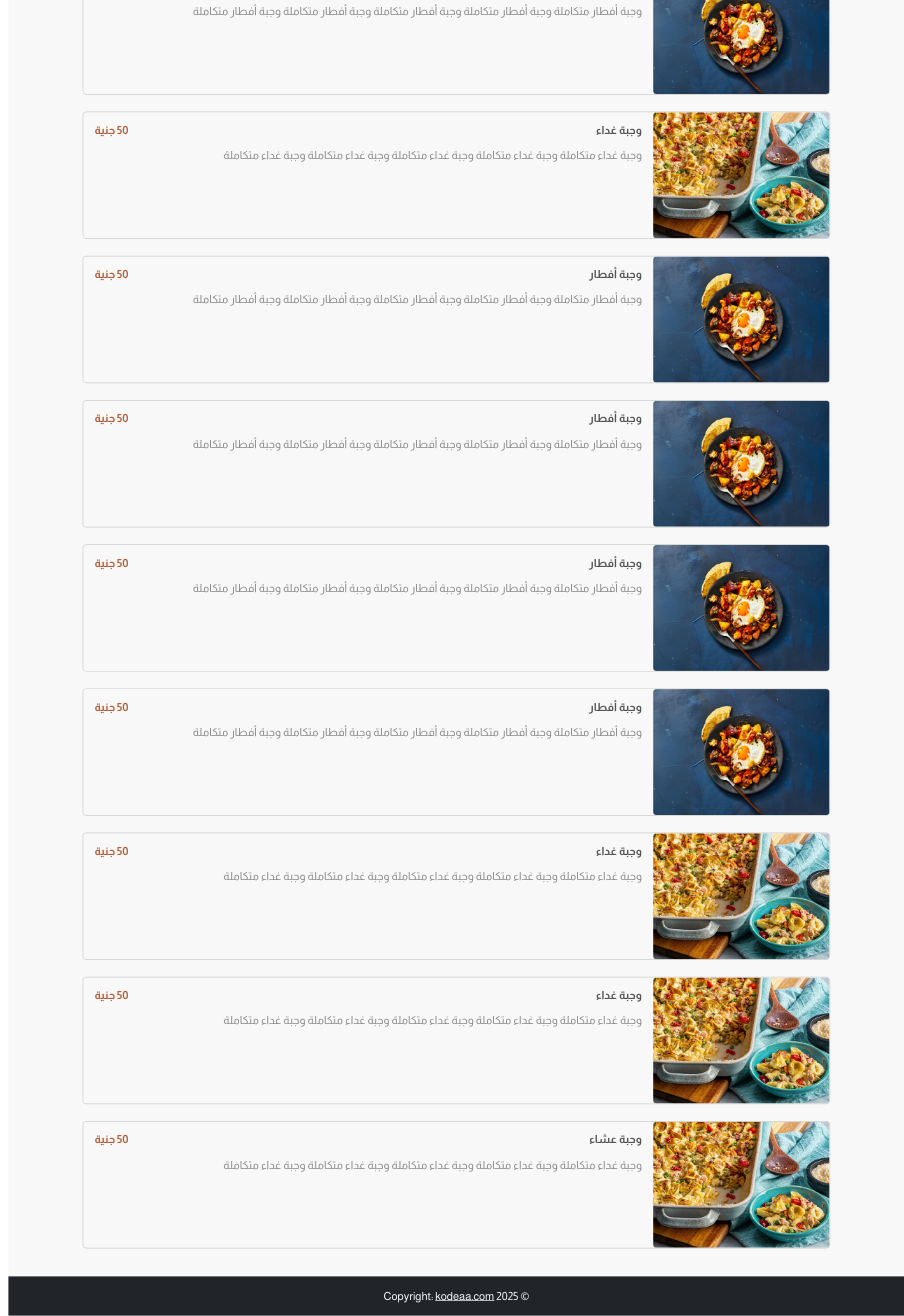
Repository: kerlos-alfy/Restaurant-Menu
Page: /
An editor plug-in stored every save of this project. The page is shown before and after the next save, followed by the edit.
The browser window is 1280 px wide. The page is 1292 px wide, so the pictures cover 1292 px, including what lies to the right of the window. The pictures show the part of the page from y = 1148 to 3028 px (the page is 3028 px tall), at 70% of full size.
Some web fonts or font styles are not loaded; a fallback is used. The project was rebuilt for these pictures with package versions that can differ from the ones it lists, and the page was loaded fresh each time. Also part of the build but not shown: vite.config.js, src/App.css.

Above is the page before, as saved 2024-12-27 02:18:11.

### index.html
<!DOCTYPE html>
<html lang="ar" dir="rtl">
	<head>
		<meta charset="UTF-8" />
		<link rel="icon" type="image/svg+xml" href="https://www.svgrepo.com/show/282224/fast-food-hamburguer.svg" />
		<link
			rel="stylesheet"
			href="https://cdn.jsdelivr.net/npm/bootstrap@5.3.2/dist/css/bootstrap.min.css"
			integrity="sha384-T3c6CoIi6uLrA9TneNEoa7RxnatzjcDSCmG1MXxSR1GAsXEV/Dwwykc2MPK8M2HN"
			crossorigin="anonymous" />
		<!-- Start Font Google Arabic  -->
		<link rel="preconnect" href="https://fonts.googleapis.com" />
		<link rel="preconnect" href="https://fonts.gstatic.com" crossorigin />
		<link
			href="https://fonts.googleapis.com/css2?family=Alkalami&family=Almarai:wght@300;400;700;800&family=Cairo:wght@200..1000&family=Rakkas&display=swap"
			rel="stylesheet" />
		<!-- End Font Google Arabic  -->
		<meta name="viewport" content="width=device-width, initial-scale=1.0" />
		<title>Restaurant Menu</title>
	</head>
	<body>
		<div id="root"></div>
		<script type="module" src="/src/main.jsx"></script>
	</body>
</html>

### src/index.css
/* :root {
  font-family: Inter, system-ui, Avenir, Helvetica, Arial, sans-serif;
  line-height: 1.5;
  font-weight: 400;

  color-scheme: light dark;
  color: rgba(255, 255, 255, 0.87);
  background-color: #242424;

  font-synthesis: none;
  text-rendering: optimizeLegibility;
  -webkit-font-smoothing: antialiased;
  -moz-osx-font-smoothing: grayscale;
}

a {
  font-weight: 500;
  color: #646cff;
  text-decoration: inherit;
}
a:hover {
  color: #535bf2;
}

body {
  margin: 0;
  display: flex;
  place-items: center;
  min-width: 320px;
  min-height: 100vh;
}

h1 {
  font-size: 3.2em;
  line-height: 1.1;
}

button {
  border-radius: 8px;
  border: 1px solid transparent;
  padding: 0.6em 1.2em;
  font-size: 1em;
  font-weight: 500;
  font-family: inherit;
  background-color: #1a1a1a;
  cursor: pointer;
  transition: border-color 0.25s;
}
button:hover {
  border-color: #646cff;
}
button:focus,
button:focus-visible {
  outline: 4px auto -webkit-focus-ring-color;
}

@media (prefers-color-scheme: light) {
  :root {
    color: #213547;
    background-color: #ffffff;
  }
  a:hover {
    color: #747bff;
  }
  button {
    background-color: #f9f9f9;
  }
} */

.color-body {
	background-color: #f8f8f8;
	height: 100%;
}
.font {
	font-family: "Almarai", sans-serif;
}
.title {
	color: #224f61;
	font-family: Almarai;
	font-size: 30px;
	font-weight: bold;
	letter-spacing: 0;
	line-height: 64px;
}
.underline {
	height: 1px;
	width: 200px;
	border-radius: 10px;
	border: 2px solid #b45b35;
}
.btn {
	color: black;
	font-family: Almarai;
	font-size: 18px;
	letter-spacing: 0;
	line-height: 24px;
}
.btn:hover {
	color: black;
	font-family: Almarai;
	font-size: 18px;
	font-weight: bold;
	letter-spacing: 0;
	line-height: 24px;
	border-radius: 11px;
	border: none;
	background-color: #b45b35;
}
.img-item {
	height: 180px;
	width: 252px;
	border-radius: 5px;
}
.item-description {
	color: #8c8c8c;
	font-family: Almarai;
	font-size: 16px;
	letter-spacing: 0;
	line-height: 20px;
}
.item-title {
	color: #555555;
	font-family: Almarai;
	font-size: 16px;
	font-weight: bold;
	letter-spacing: 0;
	line-height: 20px;
}
.card-color {
	background-color: #f8f8f8;
}
.item-price {
	color: #b45b35;
	font-family: Almarai;
	font-size: 16px;
	font-weight: bold;
	letter-spacing: 0;
	line-height: 20px;
}
.btn-search {
	border: none;
	cursor: pointer;
	color: #b45b35;
	border-radius: 3px solid #b45b35;
	border-radius: 8px;
	background-color: white;
	width: 72px;
	font-weight: 500;
}
.btn-search:hover {
	color: white;
	border-radius: 3px solid white;
	background-color: #b45b35;
	border-radius: 8px;
}
.brand-color {
	color: #ffffff;
}

### src/App.jsx
import { motion } from "framer-motion";
import { useState } from "react";
import { Container } from "react-bootstrap";
import "./App.css";
import NavBar from "./components/NavBar";
import Header from "./components/Header";
import Category from "./components/Category";
import ItemsList from "./components/ItemsList";
import Footer from "./components/Footer";
import { items } from "./data";
function App() {
	const [itemsData, SetItemsData] = useState(items);

	const allCategory = ["الكل", ...new Set(items.map((item) => item.category))];

	// Filter items by category
	const filterByCategory = (cat) => {
		if (cat === "الكل") {
			SetItemsData(items);
		} else {
			const newArr = items.filter((item) => item.category === cat);
			SetItemsData(newArr);
		}
	};

	// Filter items by search Form
	const filterBySearch = (word) => {
		if (word !== "") {
			const newArr = items.filter((item) => item.title === word);
			SetItemsData(newArr);
		}
	};
	return (
		<div className="color-body font">
			<NavBar filterBySearch={filterBySearch} />
			<Container>
				<motion.div
					initial={{ opacity: 0, scale: 0.8, rotate: -10 }}
					animate={{ opacity: 1, scale: 1, rotate: 0 }}
					transition={{ duration: 1, ease: "easeInOut" }}>
					<Header />
				</motion.div>
				<motion.div initial={{ opacity: 0, x: -100 }} animate={{ opacity: 1, x: 0 }} transition={{ duration: 0.8, ease: "easeOut" }}>
					<Category filterByCategory={filterByCategory} allCategory={allCategory} />
				</motion.div>
				<motion.div initial={{ opacity: 0, scale: 0.9 }} animate={{ opacity: 1, scale: 1 }} transition={{ duration: 1.2, ease: "easeInOut" }}>
					<ItemsList itemsData={itemsData} />
				</motion.div>
			</Container>
			<Footer />
		</div>
	);
}

export default App;

### src/components/NavBar.jsx
/* eslint-disable react/prop-types */
import { useState } from "react";
import { Navbar, Container, Row, Nav, Form, FormControl } from "react-bootstrap";
const NavBar = ({ filterBySearch }) => {
	const [searchWord, setSearchWord] = useState("");
	const onSearch = () => {
		filterBySearch(searchWord);
		setSearchWord("");
	};
	return (
		<Row>
			<Navbar bg="dark" expand="lg" variant="dark">
				<Container>
					<Navbar.Brand href="#">
						<div className="brand-color">
							مطعم الحبايب
							<img src="https://www.svgrepo.com/show/282224/fast-food-hamburguer.svg" alt="logo" width="50" height="50" />
						</div>
					</Navbar.Brand>
					<Navbar.Toggle aria-controls="navbarScroll" />
					<Navbar.Collapse id="navbarScroll">
						<Nav className="me-auto my-2 my-lg-0" style={{ maxHeight: "100px" }} navbarScroll></Nav>
						<Form className="d-flex">
							<FormControl type="text" placeholder="ابحث.." className="mx-2" onChange={(e) => setSearchWord(e.target.value)} value={searchWord} />
							<button onClick={onSearch} className="btn-search" type="button">
								بحث
							</button>
						</Form>
					</Navbar.Collapse>
				</Container>
			</Navbar>
		</Row>
	);
};

export default NavBar;

### src/components/Header.jsx
import { Col, Row } from "react-bootstrap";

const Header = () => {
	return (
		<Row>
			<Col sm="12" className="text-center justify-content-center">
				<div className="title">قائمة الطعام </div>
				<div className="justify-content-center d-flex">
					<p className="underline"></p>
				</div>
			</Col>
		</Row>
	);
};

export default Header;

### src/components/Category.jsx
/* eslint-disable react/prop-types */
import { Col, Row } from "react-bootstrap";

const Category = ({ filterByCategory, allCategory }) => {
	const onFilter = (cat) => {
		filterByCategory(cat);
	};
	return (
		<Row className="my-2 mb-5">
			<Col sm="12" className=" justify-content-center d-flex">
				{allCategory.length >= 1 ? (
					allCategory.map((category, index) => {
						return (
							<div key={index}>
								<button onClick={() => onFilter(category)} style={{ border: "1px solid #b45b35" }} className="btn mx-2">
									{category}
								</button>
							</div>
						);
					})
				) : (
					<h1>لا يوجد تصنيفات</h1>
				)}
			</Col>
		</Row>
	);
};

export default Category;

### src/components/ItemsList.jsx
/* eslint-disable react/prop-types */
import { Card, Col, Row } from "react-bootstrap";

const ItemsList = ({ itemsData }) => {
	return (
		<Row>
			<Col sm="12" className="mb-3">
				{itemsData.length >= 1 ? (
					itemsData.map((item) => {
						return (
							<Card key={item.id} className="d-flex flex-row m-4" style={{ backgroundColor: "#F8F8F8" }}>
								<Card.Img className="img-item" variant="top" src={item.image} />
								<Card.Body>
									<Card.Title className="d-flex justify-content-between">
										<div className="item-title">{item.title}</div>
										<div className="item-price">{item.price}</div>
									</Card.Title>
									<Card.Text className="py-2">
										<div className="item-description">{item.description}</div>
									</Card.Text>
								</Card.Body>
							</Card>
						);
					})
				) : (
					<h1>لا يوجد</h1>
				)}
			</Col>
		</Row>
	);
};

export default ItemsList;

### src/components/Footer.jsx
import { MDBFooter } from "mdb-react-ui-kit";
const Footer = () => {
	return (
		<MDBFooter className="text-center text-lg-left bg-dark">
			<div className="text-center p-3 text-light" style={{ backgroundColor: "##f8f8f8" }}>
				&copy; 2025 Copyright:{" "}
				<a className="text-light" href="https://kodeaa.com/">
					kodeaa.com
				</a>
			</div>
		</MDBFooter>
	);
};

export default Footer;

### src/data.js
export const items = [
	{
		id: Math.random(),
		title: "وجبة غداء",
		description: "وجبة غداء متكاملة وجبة غداء متكاملة وجبة غداء متكاملة وجبة غداء متكاملة وجبة غداء متكاملة",
		price: "50 جنية",
		image: "../public/img/dinner.png",
		category: "غداء",
	},
	{
		id: Math.random(),
		title: "وجبة غداء",
		description: "وجبة غداء متكاملة وجبة غداء متكاملة وجبة غداء متكاملة وجبة غداء متكاملة وجبة غداء متكاملة",
		price: "50 جنية",
		image: "../public/img/dinner.png",
		category: "غداء",
	},
	{
		id: Math.random(),
		title: "وجبة أفطار",
		description: "وجبة أفطار متكاملة وجبة أفطار متكاملة وجبة أفطار متكاملة وجبة أفطار متكاملة وجبة أفطار متكاملة",
		price: "50 جنية",
		image: "../public/img/breakfast.png",
		category: "افطار",
	},
	{
		id: Math.random(),
		title: "وجبة غداء",
		description: "وجبة غداء متكاملة وجبة غداء متكاملة وجبة غداء متكاملة وجبة غداء متكاملة وجبة غداء متكاملة",
		price: "50 جنية",
		image: "../public/img/dinner.png",
		category: "غداء",
	},
	{
		id: Math.random(),
		title: "وجبة أفطار",
		description: "وجبة أفطار متكاملة وجبة أفطار متكاملة وجبة أفطار متكاملة وجبة أفطار متكاملة وجبة أفطار متكاملة",
		price: "50 جنية",
		image: "../public/img/breakfast.png",
		category: "افطار",
	},
	{
		id: Math.random(),
		title: "وجبة غداء",
		description: "وجبة غداء متكاملة وجبة غداء متكاملة وجبة غداء متكاملة وجبة غداء متكاملة وجبة غداء متكاملة",
		price: "50 جنية",
		image: "../public/img/dinner.png",
		category: "غداء",
	},
	{
		id: Math.random(),
		title: "وجبة أفطار",
		description: "وجبة أفطار متكاملة وجبة أفطار متكاملة وجبة أفطار متكاملة وجبة أفطار متكاملة وجبة أفطار متكاملة",
		price: "50 جنية",
		image: "../public/img/breakfast.png",
		category: "افطار",
	},
	{
		id: Math.random(),
		title: "وجبة أفطار",
		description: "وجبة أفطار متكاملة وجبة أفطار متكاملة وجبة أفطار متكاملة وجبة أفطار متكاملة وجبة أفطار متكاملة",
		price: "50 جنية",
		image: "../public/img/breakfast.png",
		category: "افطار",
	},
	{
		id: Math.random(),
		title: "وجبة أفطار",
		description: "وجبة أفطار متكاملة وجبة أفطار متكاملة وجبة أفطار متكاملة وجبة أفطار متكاملة وجبة أفطار متكاملة",
		price: "50 جنية",
		image: "../public/img/breakfast.png",
		category: "افطار",
	},
	{
		id: Math.random(),
		title: "وجبة أفطار",
		description: "وجبة أفطار متكاملة وجبة أفطار متكاملة وجبة أفطار متكاملة وجبة أفطار متكاملة وجبة أفطار متكاملة",
		price: "50 جنية",
		image: "../public/img/breakfast.png",
		category: "افطار",
	},
	{
		id: Math.random(),
		title: "وجبة غداء",
		description: "وجبة غداء متكاملة وجبة غداء متكاملة وجبة غداء متكاملة وجبة غداء متكاملة وجبة غداء متكاملة",
		price: "50 جنية",
		image: "../public/img/dinner.png",
		category: "غداء",
	},
	{
		id: Math.random(),
		title: "وجبة غداء",
		description: "وجبة غداء متكاملة وجبة غداء متكاملة وجبة غداء متكاملة وجبة غداء متكاملة وجبة غداء متكاملة",
		price: "50 جنية",
		image: "../public/img/dinner.png",
		category: "غداء",
	},
	{
		id: Math.random(),
		title: "وجبة عشاء",
		description: "وجبة غداء متكاملة وجبة غداء متكاملة وجبة غداء متكاملة وجبة غداء متكاملة وجبة غداء متكاملة",
		price: "50 جنية",
		image: "../public/img/dinner.png",
		category: "عشاء",
	},
];

Loaded but not shown: src/main.jsx (common file)

After the next save:
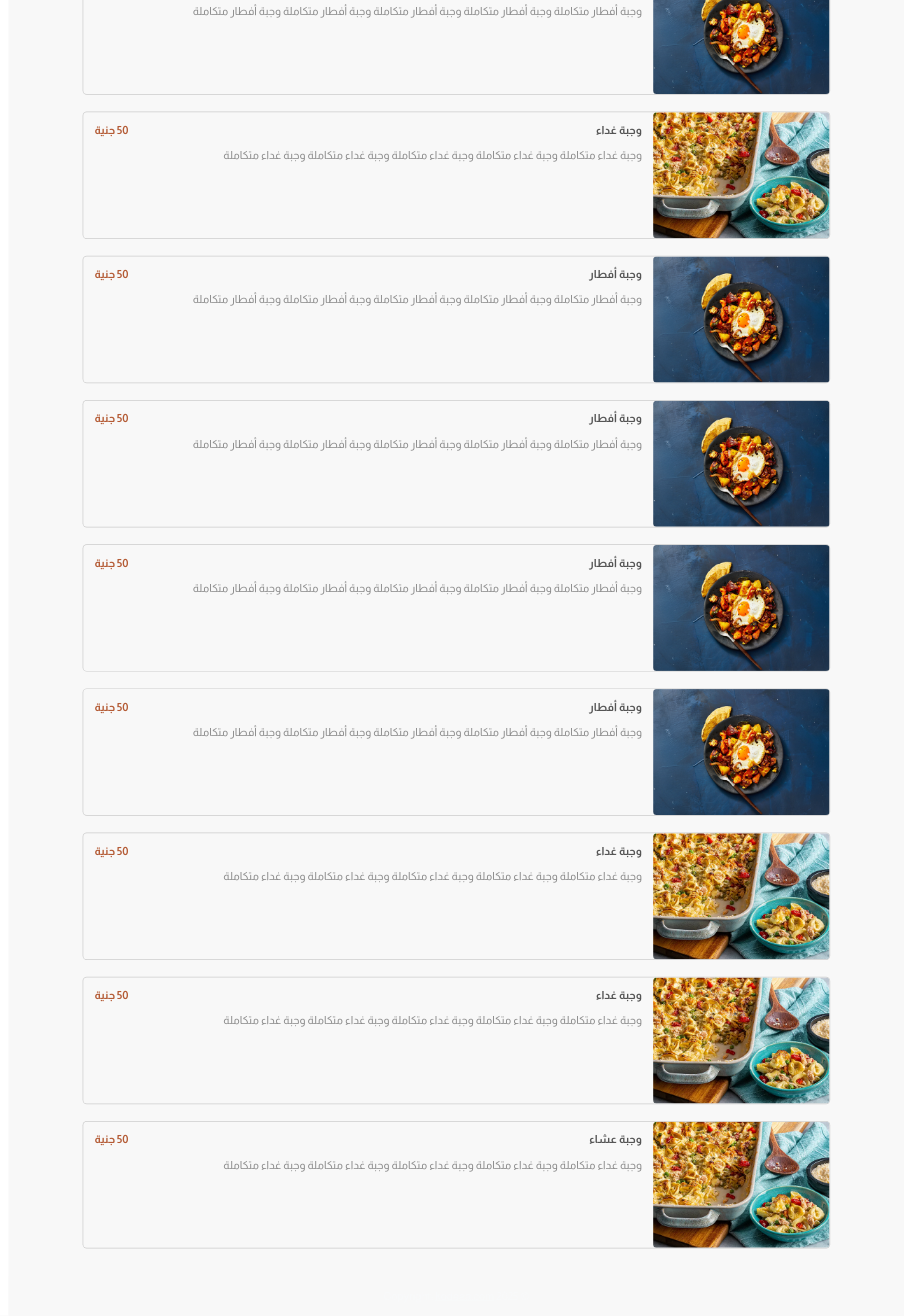
Saved 4 s later.
--- a/src/components/Footer.jsx
+++ b/src/components/Footer.jsx
@@ -2,7 +2,7 @@ import { MDBFooter } from "mdb-react-ui-kit";
 const Footer = () => {
 	return (
 		<MDBFooter className="text-center text-lg-left bg-dark">
-			<div className="text-center p-3 text-light" style={{ backgroundColor: "##f8f8f8" }}>
+			<div className="text-center p-3 text-light" style={{ backgroundColor: "#f8f8f8" }}>
 				&copy; 2025 Copyright:{" "}
 				<a className="text-light" href="https://kodeaa.com/">
 					kodeaa.com
